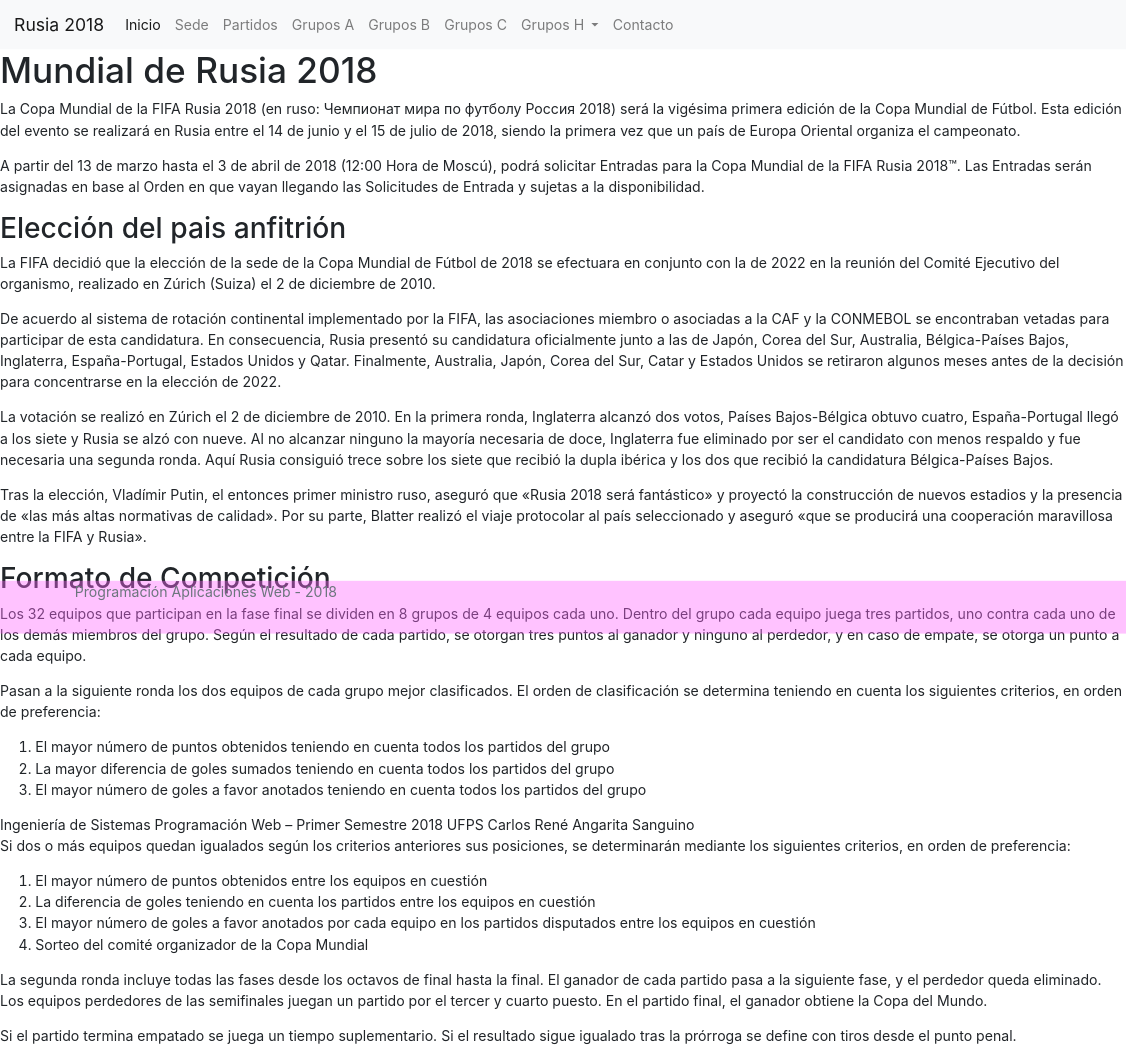
Repository: AndreyRi13/PracticaBootstrap
Page: index.html
The author's editor kept a copy of each file at every save. The page is drawn from the files as they stood at one save, then again after a run of saves.
The browser window is 1280 px wide. The pictures show the whole page, at 88% of full size.

Above is the page before, as saved 2020-09-24 16:44:30.
Console error (its wording comes from the project's code and is left out).

After the next 3 saves:
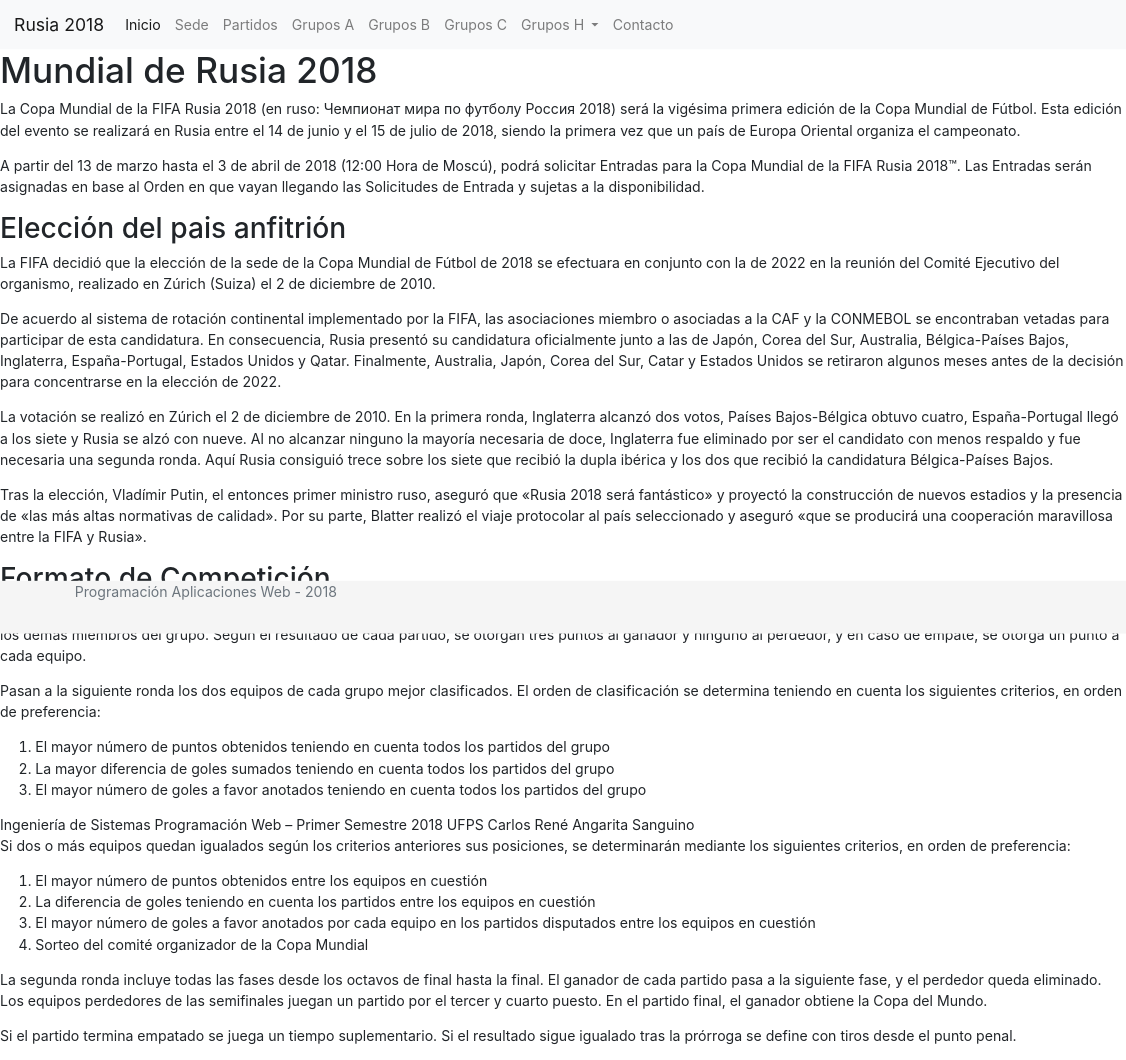
The 3 saves are shown as one change because they came seconds apart.
The last was saved 118 s later.
--- a/css/estilos.css
+++ b/css/estilos.css
@@ -5,7 +5,7 @@
     width: 100%;
 
     height: 60px;
-    background-color: #f6f6;
+    background-color: #f5f5f5;
 
 
 }
